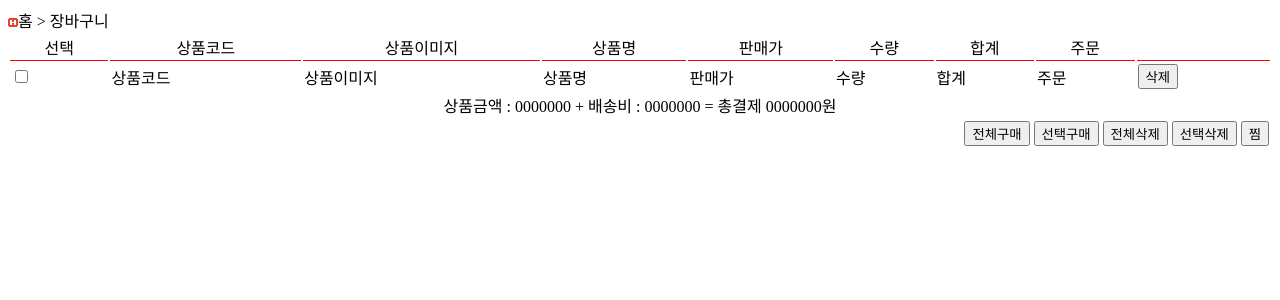
Repository: heeya90/ProjectShoppingMall
Page: http://localhost/ProjectShoppingMall/order/order_cart.jsp
An editor plug-in stored every save of this project. The page is shown before and after the next save, followed by the edit.
The browser window is 1280 px wide. The pictures show the whole page.
The page is served by Tomcat 9.

Above is the page before, as saved 2012-07-30 08:19:39.

### ProjectShoppingMall/WebContent/order/order_cart.jsp
<%@ page language="java" contentType="text/html; charset=EUC-KR"
    pageEncoding="EUC-KR"%>
<style type="text/css">

.tab{
	border-bottom:1px solid red;
	vertical-align: middle;
	text-align:center;
}
</style>
<div class="sub_loca"><img src="./img/icon_home.gif" alt="현재위치" />홈 > 장바구니</div>
	<table style="width:100%">
		<tr>
			<td class="tab">
				<label>선택 </label></td>
			<td class="tab">
				<label>상품코드 </label></td>
			<td class="tab">
				<label>상품이미지</label></td>
			<td class="tab">
				<label>상품명</label></td>
			<td class="tab">
				<label>판매가</label></td>
			<td class="tab">
				<label>수량</label></td>
			<td class="tab">
				<label>합계</label></td>
			<td class="tab">
				<label>주문</label></td>
			<td class="tab">
				<label></label></td>
		</tr>

		<tr>
			<td class="sub_v_tb1">
				<input type="checkbox" name="chck"></td>
			<td class="sub_v_tb1">
				<label></label>상품코드 </td>
			<td class="sub_v_tb1">
				<label></label>상품이미지 </td>
			<td class="sub_v_tb1">
				<label></label>상품명 </td>
			<td class="sub_v_tb1">
				<label></label>판매가 </td>
			<td class="sub_v_tb1">
				<label></label>수량 </td>
			<td class="sub_v_tb1">
				<label></label>합계 </td>
			<td class="sub_v_tb1">
				<label></label>주문 </td>
			<td class="sub_v_tb1">
				<input type="button" value="삭제"> </td>
		</tr>
		<tr>
			<td colspan="9" align="center">
				<label>상품금액 :</label>
				<label>0000000</label>
				<label> + </label>
				<label>배송비 :</label>
				<label>0000000</label>
				<label> =</label>
				<label>총결제 </label>
				<label>0000000원</label>
			</td>
		</tr>
		<tr>
			<td colspan="9" style="text-align:right">
				<INPUT type="button" value="전체구매">
				<INPUT type="button" value="선택구매">
				<INPUT type="button" value="전체삭제">
				<INPUT type="button" value="선택삭제">
				<INPUT type="button" value="찜">
			</td>
		</tr>
	</table>

After the next save:
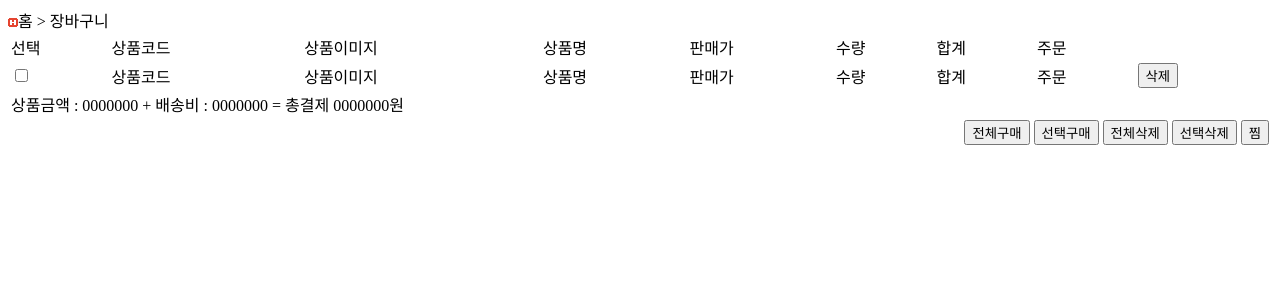
Saved 3 min 45 s later.
--- a/ProjectShoppingMall/WebContent/order/order_cart.jsp
+++ b/ProjectShoppingMall/WebContent/order/order_cart.jsp
@@ -1,66 +1,59 @@
 <%@ page language="java" contentType="text/html; charset=EUC-KR"
     pageEncoding="EUC-KR"%>
-<style type="text/css">
 
-.tab{
-	border-bottom:1px solid red;
-	vertical-align: middle;
-	text-align:center;
-}
-</style>
 <div class="sub_loca"><img src="./img/icon_home.gif" alt="현재위치" />홈 > 장바구니</div>
 	<table style="width:100%">
 		<tr>
-			<td class="tab">
-				<label>선택 </label></td>
-			<td class="tab">
-				<label>상품코드 </label></td>
-			<td class="tab">
-				<label>상품이미지</label></td>
-			<td class="tab">
-				<label>상품명</label></td>
-			<td class="tab">
-				<label>판매가</label></td>
-			<td class="tab">
-				<label>수량</label></td>
-			<td class="tab">
-				<label>합계</label></td>
-			<td class="tab">
-				<label>주문</label></td>
-			<td class="tab">
-				<label></label></td>
+			<td class="jw_theader">
+				<label class="jw_lbl_title">선택 </label></td>
+			<td class="jw_theader">
+				<label class="jw_lbl_title">상품코드 </label></td>
+			<td class="jw_theader">
+				<label class="jw_lbl_title">상품이미지</label></td>
+			<td class="jw_theader">
+				<label class="jw_lbl_title">상품명</label></td>
+			<td class="jw_theader">
+				<label class="jw_lbl_title">판매가</label></td>
+			<td class="jw_theader">
+				<label class="jw_lbl_title">수량</label></td>
+			<td class="jw_theader">
+				<label class="jw_lbl_title">합계</label></td>
+			<td class="jw_theader">
+				<label class="jw_lbl_title">주문</label></td>
+			<td class="jw_theader">
+				<label class="jw_lbl_title"></label></td>
 		</tr>
 
 		<tr>
-			<td class="sub_v_tb1">
+			<td class="jw_td_center">
 				<input type="checkbox" name="chck"></td>
-			<td class="sub_v_tb1">
+			<td class="jw_td_center">
 				<label></label>상품코드 </td>
-			<td class="sub_v_tb1">
+			<td class="jw_td_center">
 				<label></label>상품이미지 </td>
-			<td class="sub_v_tb1">
+			<td class="jw_td_center">
 				<label></label>상품명 </td>
-			<td class="sub_v_tb1">
+			<td class="jw_td_center">
 				<label></label>판매가 </td>
-			<td class="sub_v_tb1">
+			<td class="jw_td_center">
 				<label></label>수량 </td>
-			<td class="sub_v_tb1">
+			<td class="jw_td_center">
 				<label></label>합계 </td>
-			<td class="sub_v_tb1">
+			<td class="jw_td_center">
 				<label></label>주문 </td>
-			<td class="sub_v_tb1">
+			<td class="jw_td_center">
 				<input type="button" value="삭제"> </td>
 		</tr>
 		<tr>
-			<td colspan="9" align="center">
+			<td class="jw_td_center" colspan="9">
 				<label>상품금액 :</label>
-				<label>0000000</label>
+				<label class="jw_lbl_pop">0000000</label>
 				<label> + </label>
 				<label>배송비 :</label>
-				<label>0000000</label>
+				<label class="jw_lbl_pop">0000000</label>
 				<label> =</label>
 				<label>총결제 </label>
-				<label>0000000원</label>
+				<label class="jw_lbl_pop">0000000원</label>
 			</td>
 		</tr>
 		<tr>
